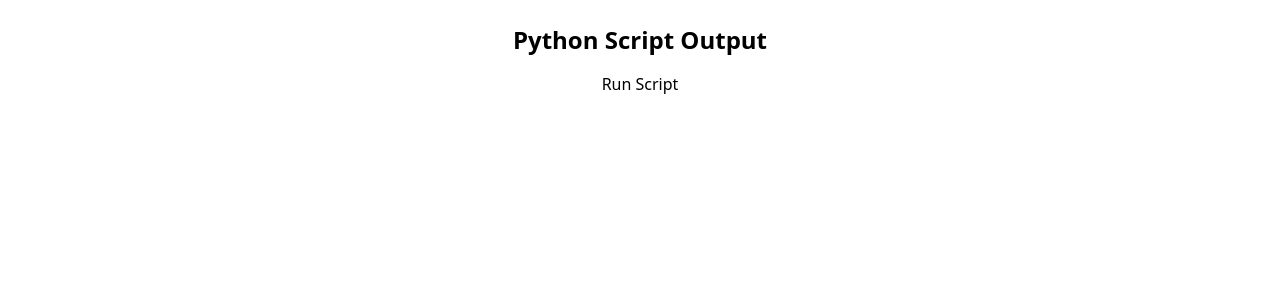
Repository: kayacancode/tolgrainger
Page: /result
The author's editor kept a copy of each file at every save. The page is drawn from the files as they stood at one save, then again after the next save.
The browser window is 1280 px wide. The pictures show the whole page.
The project was rebuilt for these pictures with package versions that can differ from the ones it lists, and the page was loaded fresh each time. The framework's server and built-in components were replaced by stand-ins that run in the browser. Also part of the build but not shown: next.config.mjs.

Above is the page before, as saved 2024-10-23 23:14:11.

After the next save:
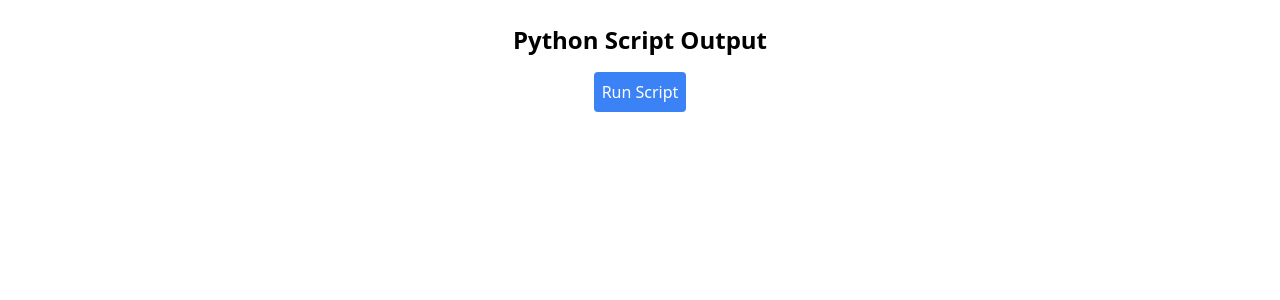
Saved 25 min 36 s later.
--- a/src/app/result/page.tsx
+++ b/src/app/result/page.tsx
@@ -1,5 +1,3 @@
-// Results.tsx
-"use client"
 import React, { useState } from 'react';
 import axios from 'axios';
 
@@ -9,22 +7,51 @@ const Results = () => {
 
   const handleRunScript = async () => {
     try {
-        const res = await axios.post('http://127.0.0.1:5000/run-script');
-        setResponse(res.data);  // Set the response from Flask
+      const res = await axios.post('http://127.0.0.1:5000/run-script');
+      setResponse(res.data);  // Set the response from Flask
     } catch (err) {
-        setError(err.message);  // Handle errors
-        console.error("Error running script:", err);
+      setError(err.message);  // Handle errors
+      console.error("Error running script:", err);
     }
-};
+  };
+
   return (
     <div className="text-center p-6">
       <h1 className="text-2xl font-bold mb-4">Python Script Output</h1>
       <div>
-            <button onClick={handleRunScript}>Run Script</button>
-            {response && <div>Response: {JSON.stringify(response)}</div>}
-            {error && <div>Error: {error}</div>}
-            <h1>{response}</h1>
-        </div>
+        <button onClick={handleRunScript} className="mb-4 bg-blue-500 text-white p-2 rounded">
+          Run Script
+        </button>
+
+        {error && <div className="text-red-500 mb-4">Error: {error}</div>}
+
+        {response && (
+          <div>
+            <h2 className="text-xl font-semibold mb-2">Plant Recommendations</h2>
+            <table className="min-w-full border border-gray-300">
+              <thead>
+                <tr className="bg-gray-200">
+                  <th className="border px-4 py-2">Plant</th>
+                  <th className="border px-4 py-2">Quantity</th>
+                  <th className="border px-4 py-2">Maturity</th>
+                </tr>
+              </thead>
+              <tbody>
+                {response.plants.map((plant, index) => (
+                  <tr key={index}>
+                    <td className="border px-4 py-2">{plant.name}</td>
+                    <td className="border px-4 py-2">{plant.quantity}</td>
+                    <td className="border px-4 py-2">{plant.maturity}</td>
+                  </tr>
+                ))}
+              </tbody>
+            </table>
+
+            <h3 className="mt-4 font-semibold">Estimated Carbon Sequestration</h3>
+            <p>{response.estimatedSequestration}</p>
+          </div>
+        )}
+      </div>
     </div>
   );
 };
